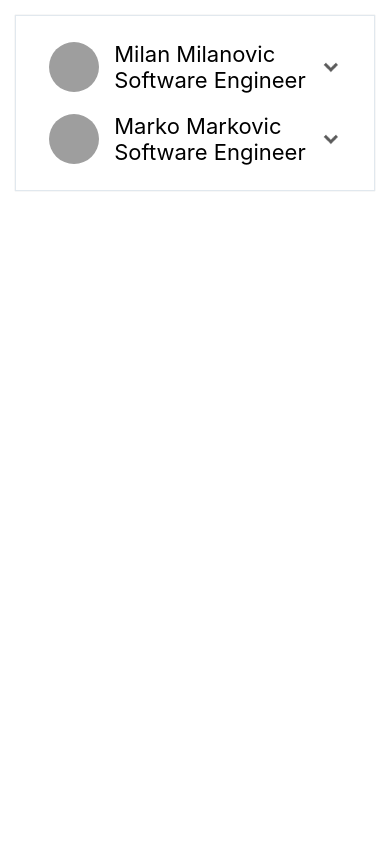
Repository: likanbl/intern-feature
Screen: /
An editor plug-in stored every save of this project. The screen is shown before and after a run of saves, followed by the edit.
Pictures or frames that could not be fetched are drawn as grey boxes. The app was drawn by React Native's web renderer in a window 390 px wide. The project was rebuilt for these pictures with package versions that can differ from the ones it lists, and the page was loaded fresh each time.

Above is the screen before, as saved 2019-09-13 11:20:36.

### App.js
/**
 * Sample React Native App
 * https://github.com/facebook/react-native
 *
 * @format
 * @flow
 */

import React, {Component} from 'react';

import Home from './src/components/home/Home';

export default class App extends Component {
  render() {
    return <Home></Home>;
  }
}

### src/components/home/Home.js
import React, {Component} from 'react';
import {View, FlatList, Text, StyleSheet} from 'react-native';
import {Card} from 'react-native-elements';
import {HomeItem} from './HomeItem';

const Data = [
  {
    Name: 'Milan Milanovic',
    role: 'Software Engineer',
    more: {
      linkedIn: 'https://www.linkedin.com/feed/',
      skills: 'JavaScript, React Native',
      additionalInfo:
        'Lorem ipsum dolor sit amet, consectetur adipiscing elit, sed do eiusmod tempor incididunt ut labore et dolore magna aliqua.',
    },
  },
  {
    Name: 'Marko Markovic',
    role: 'Software Engineer',
    more: {
      linkedIn: 'https://www.linkedin.com/feed/',
      skills: 'Python, Machine Learning',
      additionalInfo:
        'Lorem ipsum dolor sit amet, consectetur adipiscing elit, sed do eiusmod tempor incididunt ut labore et dolore magna aliqua.',
    },
  },
];
export default class Home extends Component {
  renderItem = ({item}) => <HomeItem item={item} />;

  render() {
    return (
      <Card>
        <View style={StyleSheet.container}>
          <FlatList
            data={Data}
            renderItem={this.renderItem}
            keyExtractor={Data.id}
          />
        </View>
      </Card>
    );
  }
}

const styles = StyleSheet.create({
  container: {
    flex: 1,
    backgroundColor: 'white',
    paddingTop: 50,
  },
});

### src/components/home/HomeItem.js
import React, {Component} from 'react';
import {
  View,
  Text,
  Image,
  TouchableWithoutFeedback,
  StyleSheet,
} from 'react-native';
import PropTypes from 'prop-types';
import {images} from '../../assets/images';
import {Avatar} from 'react-native-elements';

const propTypes = {
  item: PropTypes.object,
};

class HomeItem extends Component {
  state = {
    isSelected: false,
  };

  onPress = () => {
    this.setState((prevState, prevProps) => ({
      isSelected: !prevState.isSelected,
    }));
  };

  renderDetails = () => (
    <View style={styles.titleContainer}>
      <Text style={styles.description}>{this.props.item.description}</Text>
    </View>
  );

  render() {
    const {isSelected} = this.state;
    return (
      <View style={styles.container}>
        <TouchableWithoutFeedback onPress={this.onPress}>
          <View style={styles.titleContainer}>
            <Avatar
              size="medium"
              rounded
              source={{
                uri:
                  'https://s3.amazonaws.com/uifaces/faces/twitter/ladylexy/128.jpg',
              }}
            />
            <View>
              <Text style={styles.title}>{this.props.item.Name}</Text>
              <Text style={styles.title}>{this.props.item.role}</Text>
            </View>
            <Image
              source={isSelected ? images.close : images.expand}
              style={styles.image}
            />
          </View>
        </TouchableWithoutFeedback>
        {isSelected && this.renderDetails()}
      </View>
    );
  }
}
HomeItem.propTypes = propTypes;

const styles = StyleSheet.create({
  container: {
    flex: 1,
    flexDirection: 'column',
    margin: 10,
  },
  titleContainer: {
    flexDirection: 'row',
    justifyContent: 'space-around',
    alignItems: 'center',
  },
  title: {
    flex: 1,
    fontSize: 22,
  },
  description: {
    flex: 1,
    fontSize: 22,
    color: 'gray',
    paddingTop: 10,
  },
  image: {
    width: 20,
    height: 20,
  },
});

export {HomeItem};

### src/assets/images.js
export const images = {
  expand: require('../../resources/expand.png'),
  close: require('../../resources/close.png'),
};

After the next 2 saves:
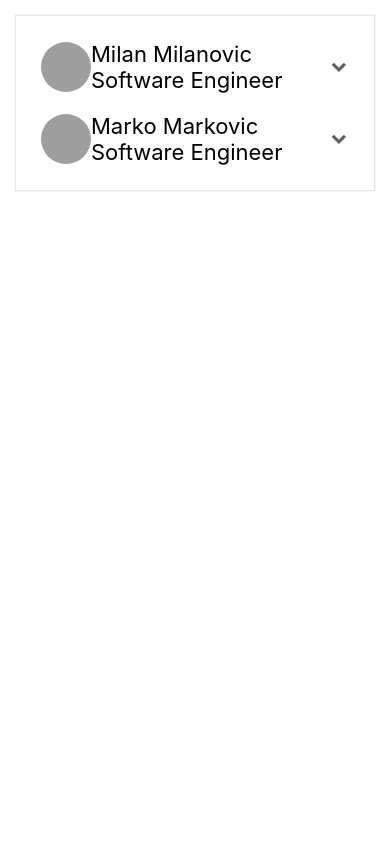
The 2 saves are shown as one change because 1 did not build or start.
The last was saved 6 min 26 s later.
--- a/src/components/home/HomeItem.js
+++ b/src/components/home/HomeItem.js
@@ -45,7 +45,7 @@ class HomeItem extends Component {
                   'https://s3.amazonaws.com/uifaces/faces/twitter/ladylexy/128.jpg',
               }}
             />
-            <View>
+            <View style={styles.nameRole}>
               <Text style={styles.title}>{this.props.item.Name}</Text>
               <Text style={styles.title}>{this.props.item.role}</Text>
             </View>
@@ -63,6 +63,9 @@ class HomeItem extends Component {
 HomeItem.propTypes = propTypes;
 
 const styles = StyleSheet.create({
+  nameRole: {
+    flex: 1,
+  },
   container: {
     flex: 1,
     flexDirection: 'column',
